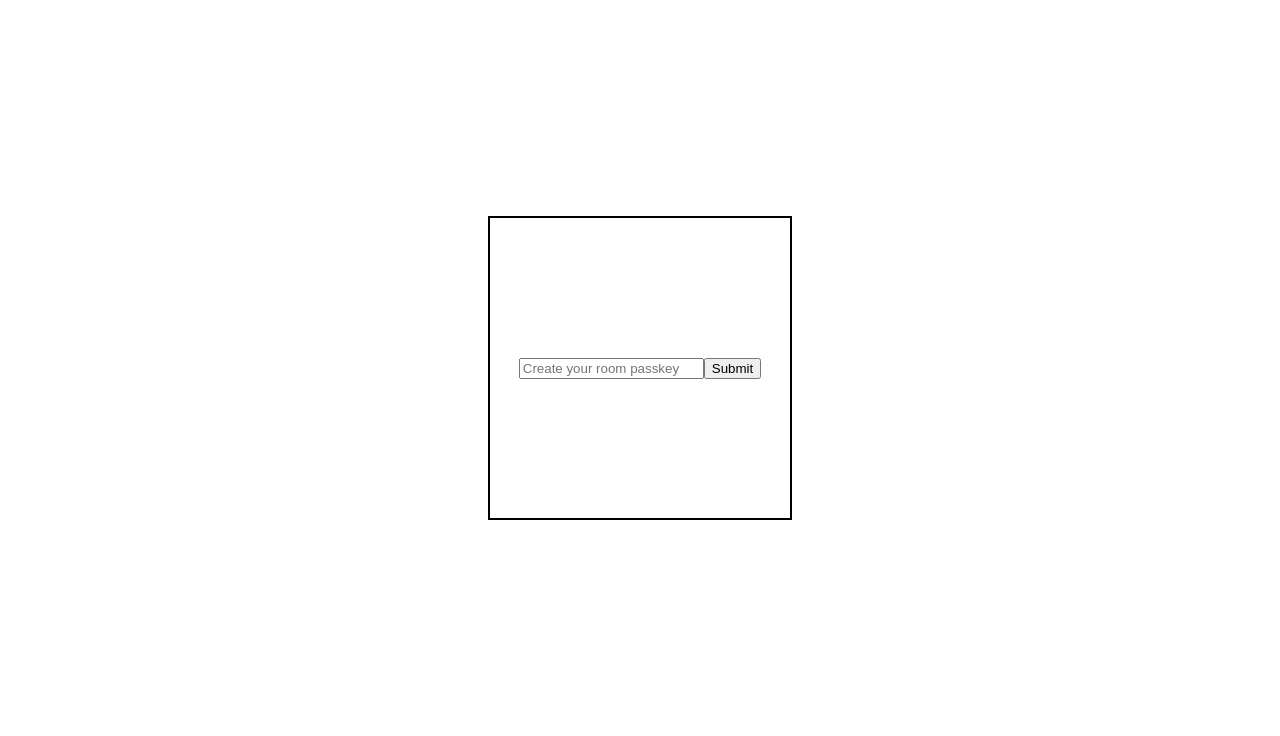
Repository: sarthak-tyagi123/fsd
Page: http://localhost/passkey
These files come from the project's save history. The page is drawn as it stood at one moment and after a run of saves; the edit follows.
The browser window is 1280 px wide. The pictures show the whole page.
The page is served by the project's Node server (app.js).

Above is the page before, as saved 2025-04-30 14:54:55.

### views/passkey.ejs
<!DOCTYPE html>
<html lang="en">
<head>
  <meta charset="UTF-8" />
  <meta name="viewport" content="width=device-width, initial-scale=1.0"/>
  <title>Passkey for Chat</title>
  <link rel="stylesheet" href="./stylesheet/passkey.css">
</head>
<body>

  <div class="main-div">

    <form id="passkeyForm">
      <div class="passkey">
        <input type="text" name="text" class="passkeybox" placeholder="Create your room passkey"><br>
        <input type="submit" class="submitbutton">
      </div>
    </form>

  </div>



  <script>
    const passkeyForm = document.getElementById('passkeyForm');
    const passkeybox = document.querySelector('.passkeybox');

    passkeyForm.addEventListener('submit', function(event) {
      event.preventDefault(); // Prevent form's default behavior
      const passkey = passkeybox.value.trim();
      if (passkey) {
        window.location.href = `/chat?room=${encodeURIComponent(passkey)}`;
      } else {
        alert("Please enter the passkey");
      }

    });


  </script>

</body>
</html>

### app.js
const express=require("express")
const app=express()
const path=require("path")
app.use(express.static(path.join(__dirname, 'public')));

const http=require("http")
const socketIO=require("socket.io")
const server=http.createServer(app)
const io=socketIO(server)




app.set("view engine", "ejs")
app.use(express.json())
app.use(express.urlencoded({extended:true}))
app.use(express.static(path.join(__dirname, "public")))







let waitingusers=[];
let rooms={};



io.on("connection",function(socket)

{

     socket.on("join room", function()
    {

        console.log("u'r connected")

        if(waitingusers.length>0)
        {
            let partner=waitingusers.shift()
            const roomname=`${socket.id}-${partner.id}`
            socket.join(roomname)
            partner.join(roomname)
            io.to(roomname).emit("joined",roomname)

        }

        else{
            waitingusers.push(socket)
        }

    })




    socket.on("message",function(data)
    {

    console.log(data)
    socket.broadcast.to(data.room).emit("message", data.message);



    })




    socket.on("disconnect", function()
    {
        let index=waitingusers.findIndex(function(waitinguser){
            waitinguser.id===socket.id
        })

        waitingusers.splice(index,1)
    })



 })




 app.get("/", function(req,res)
 {
     res.render("index")
 })



 app.get("/passkey", function(req,res)
 {
     res.render("passkey.ejs")
 })



 app.get('/chat', (req, res) => {
    const room = req.query.room;
    res.render('chat', { room }); // chat.ejs will receive 'room'
  });



// using multer for file sharing

// const multer  = require('multer')
// const upload = multer()


// const storage = multer.diskStorage({
//     destination: function (req, file, cb) {
//       cb(null, 'D:\CHAT\filebox')
//     },
//     filename: function (req, file, cb) {
//       const uniqueSuffix = Date.now() + '-' + Math.round(Math.random() * 1E9)
//       cb(null, file.fieldname + '-' + uniqueSuffix)
//     }
//   })


//   const uploads= multer({ storage: storage })




// app.post('/profile', upload.none(), function (req, res, next) {
//   // req.body contains the text fields
// })


server.listen(3000)

### public/stylesheet/passkey.css
.main-div{
    display: flex;
    justify-content: center;
    align-items: center;
    height: 100vh;
}

.passkey{
    height: 300px;
    width: 300px;
    border: 2px solid black;
    display: flex;
    justify-content: center;
    align-items: center;

}

After the next 3 saves:
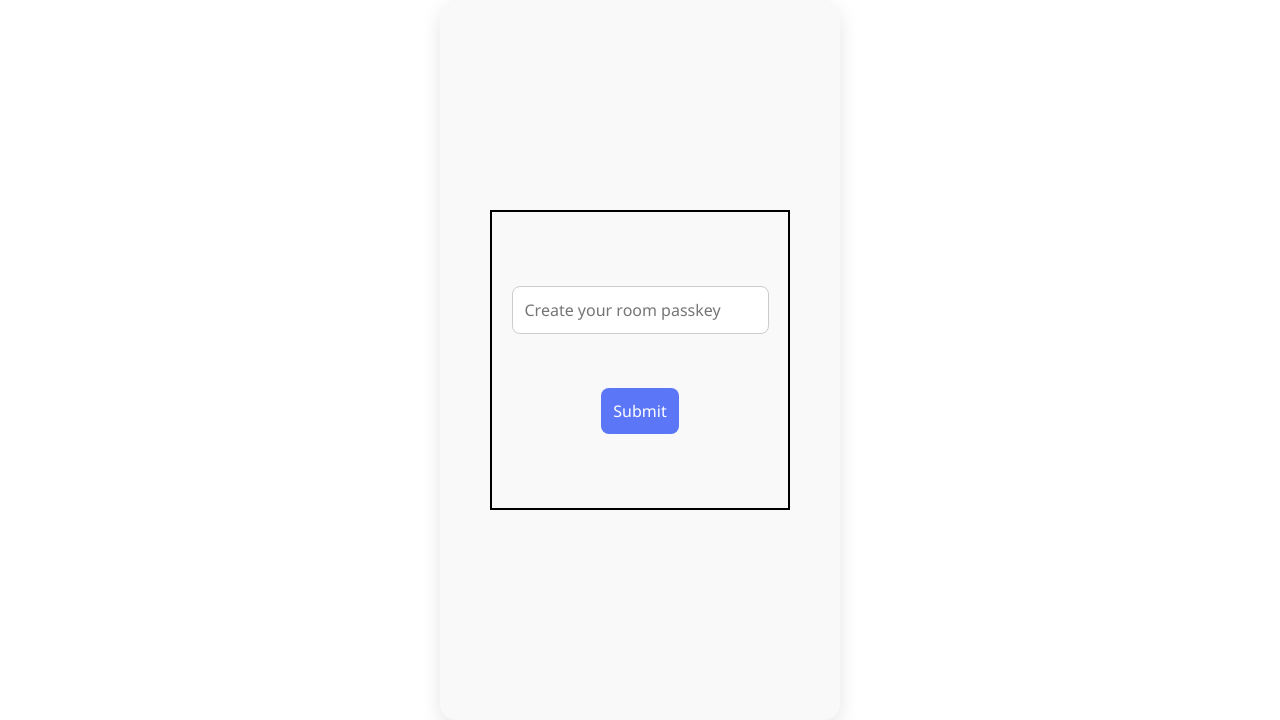
The 3 saves are shown as one change because they came seconds apart.
The last was saved 23 s later.
--- a/public/stylesheet/passkey.css
+++ b/public/stylesheet/passkey.css
@@ -1,3 +1,69 @@
+* {
+    box-sizing: border-box;
+    font-family: 'Segoe UI', Tahoma, Geneva, Verdana, sans-serif;
+  }
+
+  body {
+    margin: 0;
+    padding: 0;
+    background-color: white; /* Full white background */
+    display: flex;
+    align-items: center;
+    justify-content: center;
+    height: 100vh;
+  }
+
+  .main-div {
+    background-color: #f9f9f9; /* Light gray for contrast */
+    padding: 2rem;
+    border-radius: 1rem;
+    box-shadow: 0 8px 20px rgba(0, 0, 0, 0.1);
+    width: 90%;
+    max-width: 400px;
+  }
+
+  .passkey {
+    display: flex;
+    flex-direction: column;
+    gap: 1rem;
+  }
+
+  .passkeybox {
+    padding: 0.75rem;
+    font-size: 1rem;
+    border-radius: 0.5rem;
+    border: 1px solid #ccc;
+    outline: none;
+    transition: 0.2s;
+  }
+
+  .passkeybox:focus {
+    border-color: #5b76f7;
+    box-shadow: 0 0 5px rgba(91, 118, 247, 0.5);
+  }
+
+  .submitbutton {
+    padding: 0.75rem;
+    font-size: 1rem;
+    background-color: #5b76f7;
+    color: white;
+    border: none;
+    border-radius: 0.5rem;
+    cursor: pointer;
+    transition: background-color 0.2s;
+  }
+
+  .submitbutton:hover {
+    background-color: #3f5ce0;
+  }
+
+
+
+
+
+
+
+
 .main-div{
     display: flex;
     justify-content: center;
